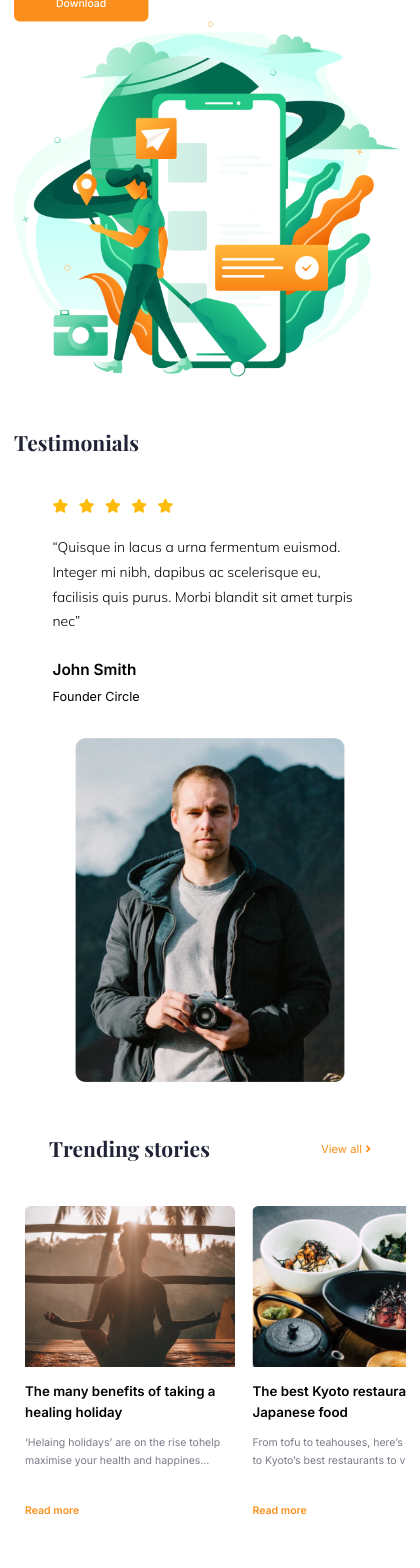
Repository: long5122000/sunny
Page: index.html
An editor plug-in stored every save of this project. The page is shown before and after the next save, followed by the edit.
The browser window is 600 px wide. The pictures show the part of the page from y = 2961 to 5201 px (the page is 5201 px tall before and 5155 px after), at 70% of full size.
The style sheet was rebuilt from its Sass, Less or Tailwind sources for each picture, by a compiler version that may differ from the author's.

Above is the page before, as saved 2021-11-25 21:09:44.

After the next save:
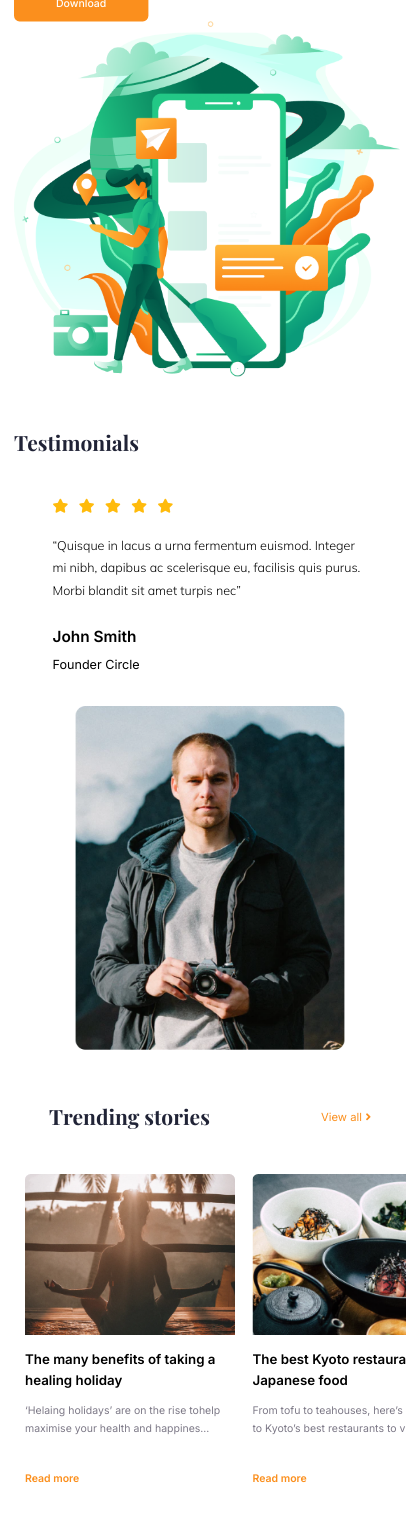
Saved 20 s later.
--- a/sass/_testimonial.scss
+++ b/sass/_testimonial.scss
@@ -55,7 +55,7 @@
       gap: 50px 0;
     }
     &-desc {
-      font-size: 20px;
+      font-size: 18px;
     }
   }
 }
